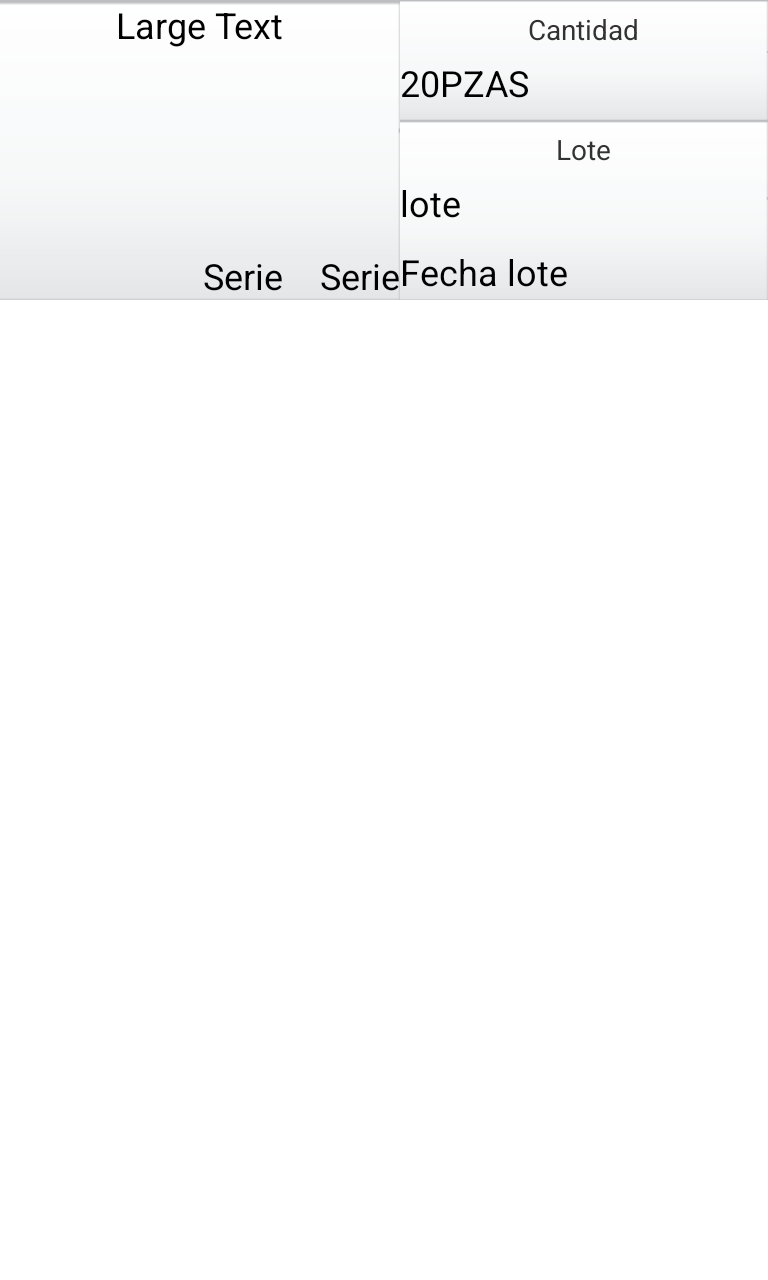
Repository: moynard/PeanutAndroid
Layout: WHSStorekeeper/res/layout/detail_arrivados.xml
An editor plug-in stored every save of this project. The layout is shown before and after the next save, followed by the edit.
It is drawn on a 768 x 1280 px phone screen (xhdpi) without system bars, with theme AppTheme; the app's code is not run.

Above is the layout before, as saved 2013-07-25 00:21:19.

### WHSStorekeeper/res/layout/detail_arrivados.xml
<?xml version="1.0" encoding="utf-8"?>
<RelativeLayout xmlns:android="http://schemas.android.com/apk/res/android"
    android:layout_width="match_parent"
    android:layout_height="match_parent"
    android:orientation="vertical" >

    <RelativeLayout
       android:id="@+id/layoutProducto"
        android:layout_width="200dp"
        android:layout_height="150dp"
        android:layout_alignParentLeft="true"
        android:layout_alignParentTop="true"
        android:background="@drawable/bgproducto"
         >

        <TextView
            android:id="@+id/txtProducto"
            android:layout_width="wrap_content"
            android:layout_height="wrap_content"
            android:layout_below="@+id/lblProducto"
            android:layout_centerHorizontal="true"
            android:lines="4"

            android:text="Large Text"
            android:textAppearance="?android:attr/textAppearanceMedium" />

                <TextView
                    android:id="@+id/txtSerie"
                    android:layout_width="wrap_content"
                    android:layout_height="wrap_content"
                    android:layout_alignParentBottom="true"
                    android:layout_alignParentRight="true"
                    android:text="Serie"
                    android:textAppearance="?android:attr/textAppearanceMedium" />

                <TextView
                    android:id="@+id/lblserie"
                    android:layout_width="wrap_content"
                    android:layout_height="wrap_content"
                    android:layout_alignParentBottom="true"
                    android:layout_alignRight="@+id/txtProducto"
                    android:text="Serie"
                    android:textAppearance="?android:attr/textAppearanceMedium" />

    </RelativeLayout>
    <RelativeLayout
        android:id="@+id/layoutCantidad"
        android:layout_toRightOf="@+id/layoutProducto"
        android:layout_width="fill_parent"
        android:layout_height="60dp"

        android:background="@drawable/bgproducto"
         >
         <TextView
                android:id="@+id/lblCantidad"
                android:layout_width="wrap_content"
                android:layout_height="wrap_content"
                android:layout_alignParentTop="true"
                android:layout_centerHorizontal="true"
                android:layout_marginTop="5dp"
                android:text="Cantidad"
                android:textAppearance="?android:attr/textAppearanceSmall" />
            <TextView
                android:id="@+id/txtCantidad"
                android:layout_width="wrap_content"
                android:layout_height="wrap_content"
                android:layout_below="@+id/lblCantidad"
                android:layout_marginTop="5dp"
                android:text="20"
                android:textAppearance="?android:attr/textAppearanceMedium" />
            <TextView
                android:id="@+id/txtUnidad"
                android:layout_width="wrap_content"
                android:layout_height="wrap_content"
                android:layout_below="@+id/lblCantidad"
                android:layout_toRightOf="@+id/txtCantidad"
                android:layout_marginTop="5dp"
                android:text="PZAS"
                android:textAppearance="?android:attr/textAppearanceMedium" />


    </RelativeLayout>
    <RelativeLayout
        android:id="@+id/layoutLote"
        android:layout_toRightOf="@+id/layoutProducto"
        android:layout_below="@+id/layoutCantidad"
        android:layout_width="fill_parent"
        android:layout_height="90dp"
        android:background="@drawable/bgproducto"
         >
            <TextView
                android:id="@+id/lbLote"
                android:layout_width="wrap_content"
                android:layout_height="wrap_content"
                android:layout_alignParentTop="true"
                android:layout_centerHorizontal="true"
                android:layout_marginTop="5dp"
                android:text="Lote"
                android:textAppearance="?android:attr/textAppearanceSmall" />
            <TextView
                android:id="@+id/txtlote"
                android:layout_width="wrap_content"
                android:layout_height="wrap_content"
                android:layout_below="@+id/lbLote"
                android:layout_marginTop="5dp"

                android:text="lote"
                android:textAppearance="?android:attr/textAppearanceMedium" />
             <TextView
                android:id="@+id/txtFecalote"
                android:layout_width="wrap_content"
                android:layout_height="wrap_content"
                android:layout_below="@+id/txtlote"
                android:layout_marginTop="10dp"
                android:text="Fecha lote"
                android:textAppearance="?android:attr/textAppearanceMedium" />

    </RelativeLayout>

</RelativeLayout>

Loaded but not shown: WHSStorekeeper/res/values/styles.xml (common file); WHSStorekeeper/res/values-v11/styles.xml (common file); WHSStorekeeper/res/values-v14/styles.xml (common file)

After the next save:
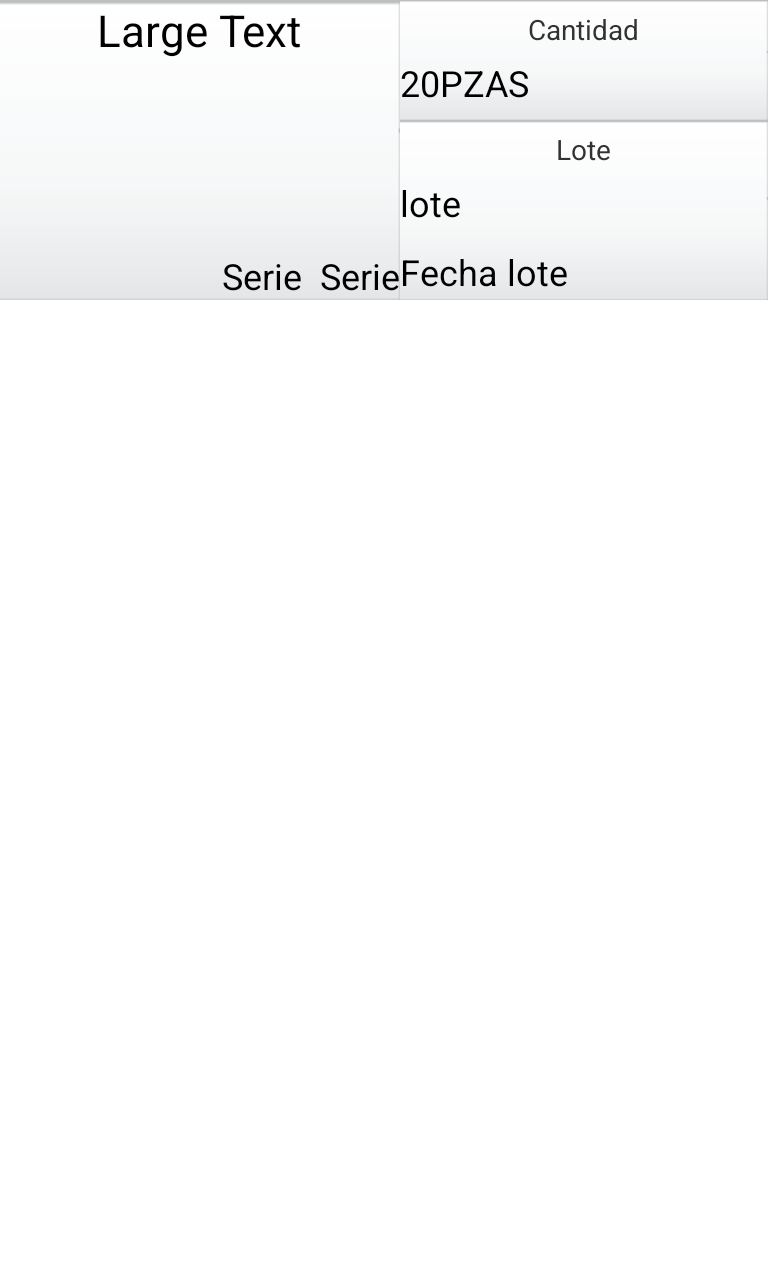
Saved 14 s later.
--- a/WHSStorekeeper/res/layout/detail_arrivados.xml
+++ b/WHSStorekeeper/res/layout/detail_arrivados.xml
@@ -22,7 +22,7 @@
             android:lines="4"
 
             android:text="Large Text"
-            android:textAppearance="?android:attr/textAppearanceMedium" />
+            android:textAppearance="?android:attr/textAppearanceLarge" />
 
                 <TextView
                     android:id="@+id/txtSerie"
